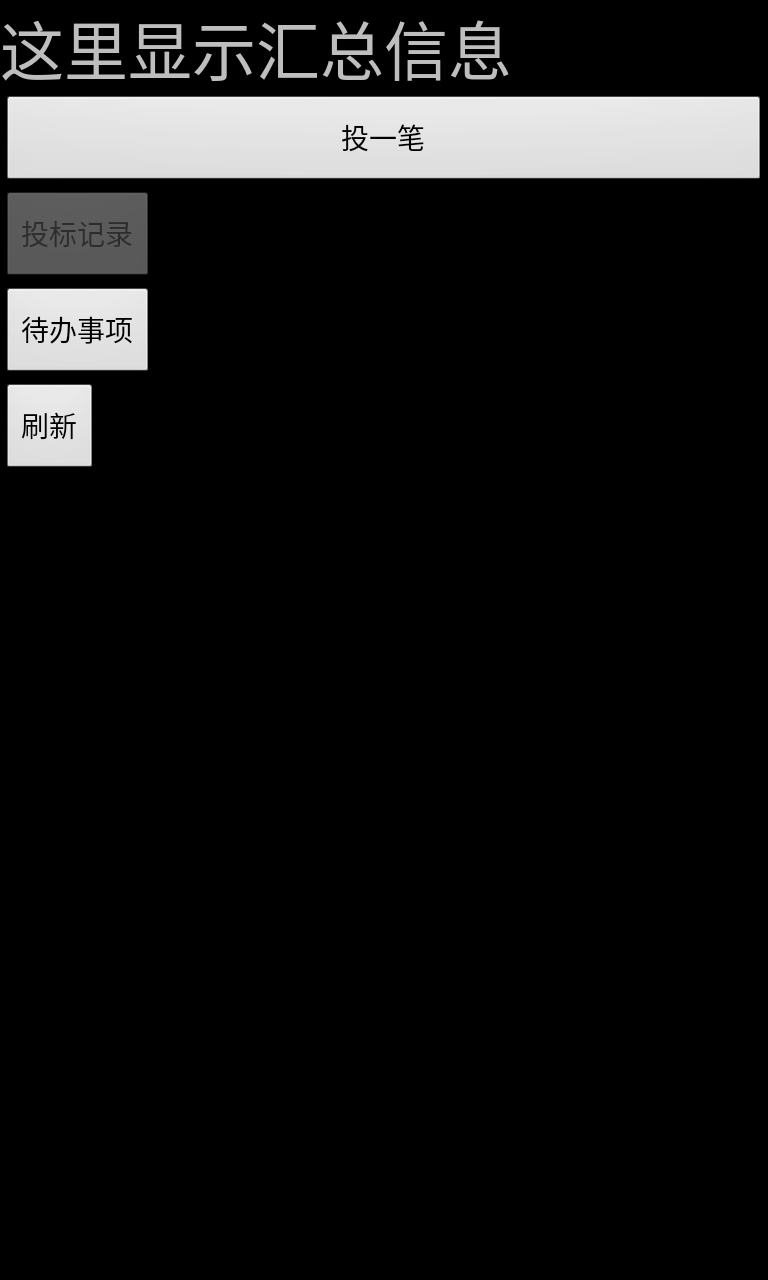
Repository: gongxinge/money-android
Layout: P2P/res/layout/main.xml
An editor plug-in stored every save of this project. The layout is shown before and after the next save, followed by the edit.
It is drawn on a 768 x 1280 px phone screen (xhdpi) without system bars, with theme android:Theme; the app's code is not run.

Above is the layout before, as saved 2015-06-28 07:34:27.

After the next save:
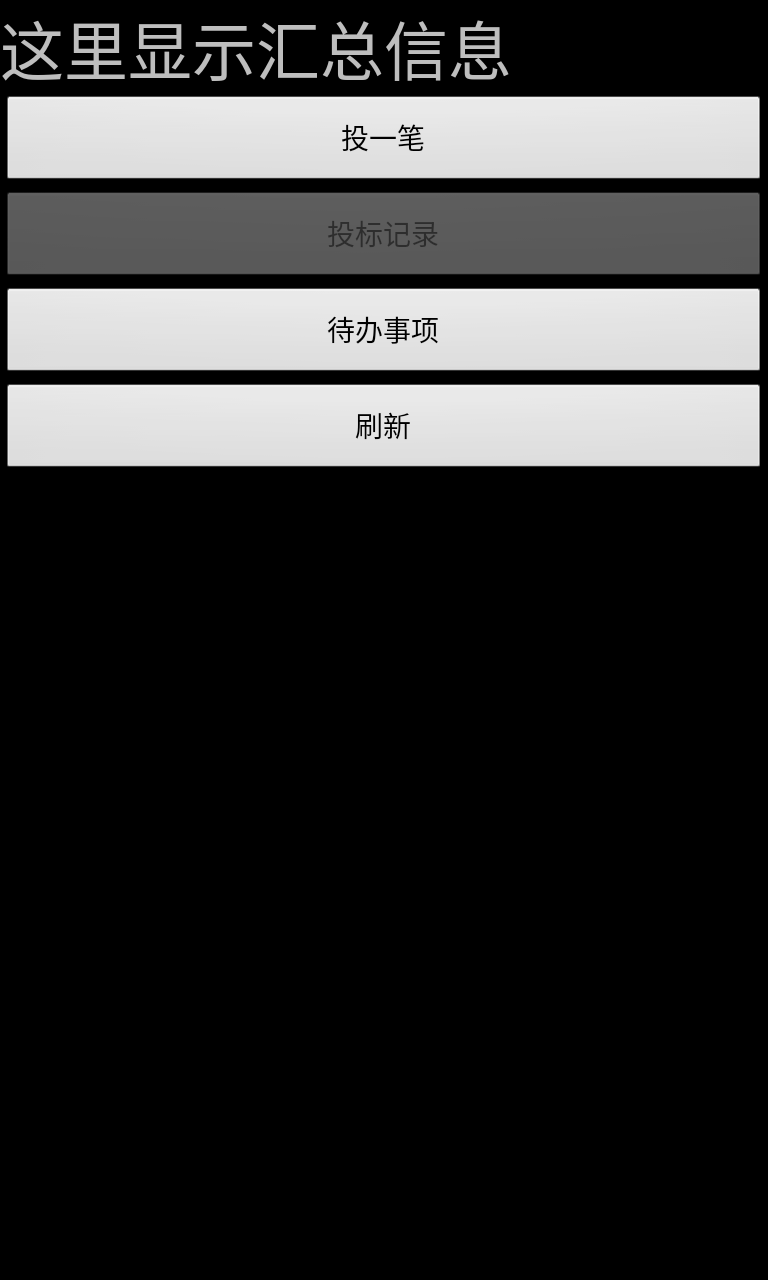
Saved 11 s later.
--- a/P2P/res/layout/main.xml
+++ b/P2P/res/layout/main.xml
@@ -26,20 +26,20 @@
 
         <Button
             android:id="@+id/ btnBillList"
-            android:layout_width="wrap_content"
+            android:layout_width="fill_parent"
             android:layout_height="wrap_content"
             android:enabled="false"
             android:text="投标记录" />
 
         <Button
             android:id="@+id/btnDetailList"
-            android:layout_width="wrap_content"
+            android:layout_width="fill_parent"
             android:layout_height="wrap_content"
             android:text="待办事项" />
 
         <Button
             android:id="@+id/btnResh"
-            android:layout_width="wrap_content"
+            android:layout_width="fill_parent"
             android:layout_height="wrap_content"
             android:text="刷新" />
     </LinearLayout>
